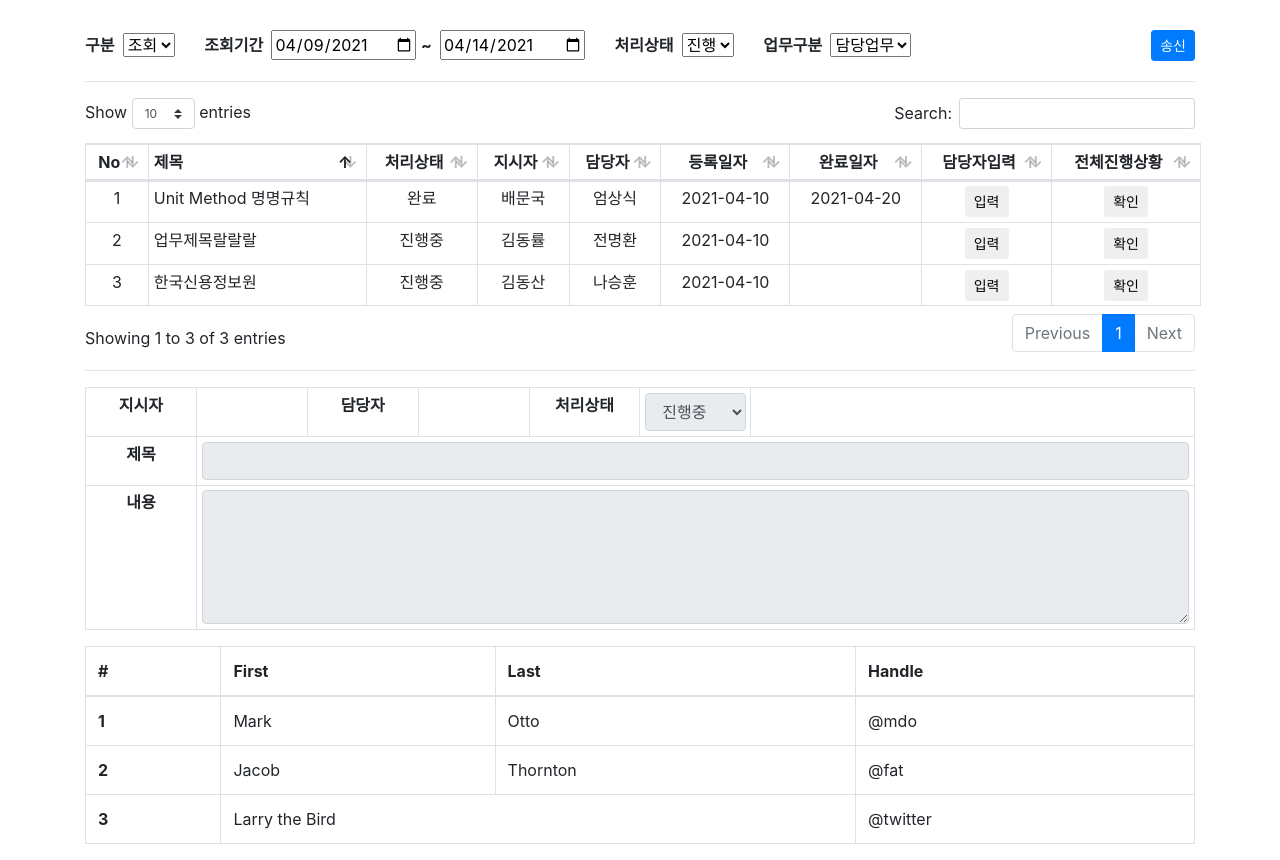
Repository: jungtaeyong/FSB_Project
Page: http://localhost/FsbJobMgt/main.jsp
These files come from the project's save history. The page is drawn as it stood at one moment and after the next save; the edit follows.
The browser window is 1280 px wide. The pictures show the whole page.
The page is served by Tomcat 9.

Above is the page before, as saved 2021-04-15 09:04:21.

After the next save:
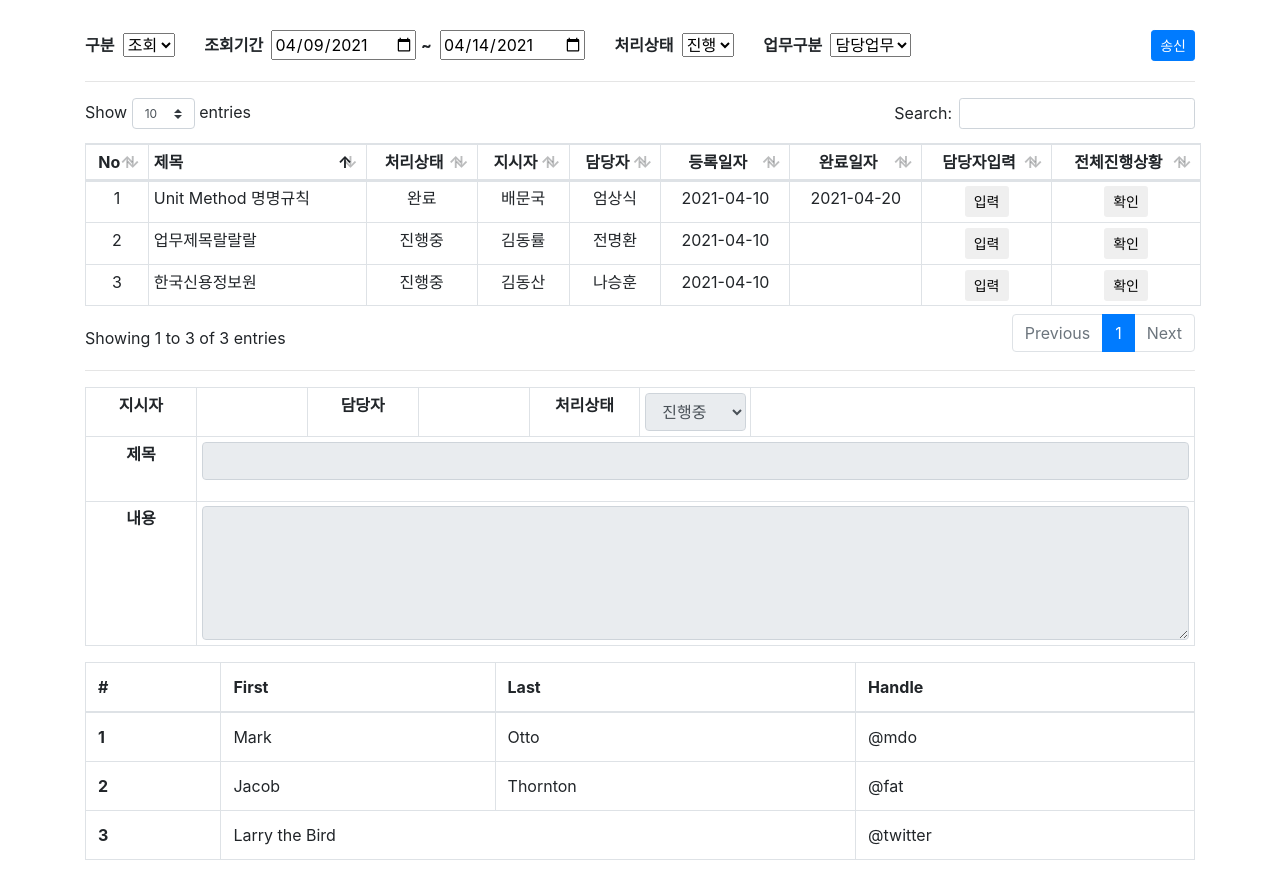
Saved 2 min 6 s later.
--- a/FsbJobMgt/WebContent/main.jsp
+++ b/FsbJobMgt/WebContent/main.jsp
@@ -280,7 +280,7 @@
 				<td scope="col"></td>
 			</tr>
 			<tr>
-				<th scope="row">제목</th><td colspan="6"><input type="text" id="BZWR_TTL" class="form-control input-sm" disabled/></td>
+				<th scope="row">제목</th><td colspan="6"><div class="form-group"><input type="text" id="BZWR_TTL" class="form-control input-sm" disabled/></div></td>
 			</tr>
 			<tr>
 				<th scope="row">내용</th><td colspan="6"><textarea ID="BZWR_CNTN" class="form-control input-sm" rows="5" disabled></textarea></td>

After the save that followed:
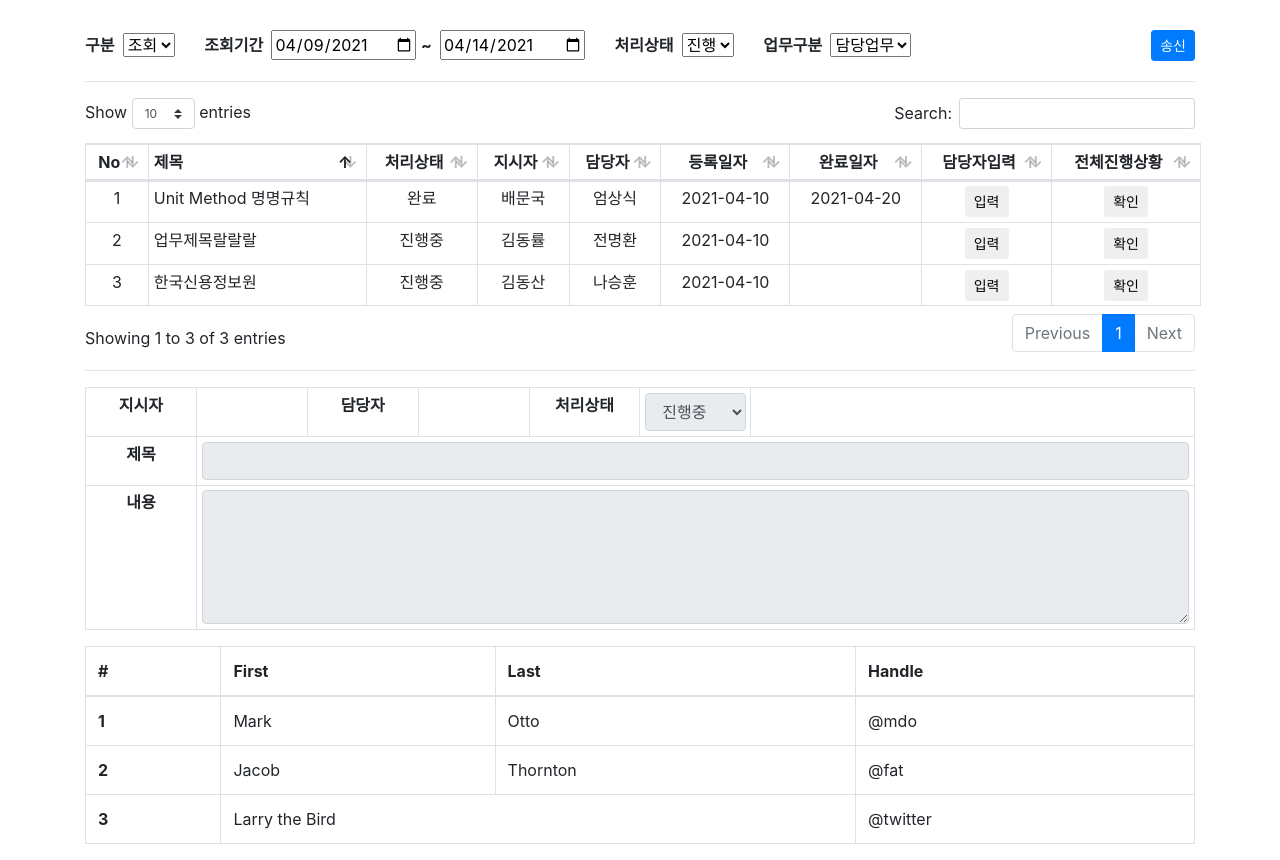
Saved 14 s later.
--- a/FsbJobMgt/WebContent/main.jsp
+++ b/FsbJobMgt/WebContent/main.jsp
@@ -280,7 +280,7 @@
 				<td scope="col"></td>
 			</tr>
 			<tr>
-				<th scope="row">제목</th><td colspan="6"><div class="form-group"><input type="text" id="BZWR_TTL" class="form-control input-sm" disabled/></div></td>
+				<th scope="row">제목</th><td colspan="6"><input type="text" id="BZWR_TTL" class="form-control input-sm" disabled/></td>
 			</tr>
 			<tr>
 				<th scope="row">내용</th><td colspan="6"><textarea ID="BZWR_CNTN" class="form-control input-sm" rows="5" disabled></textarea></td>
